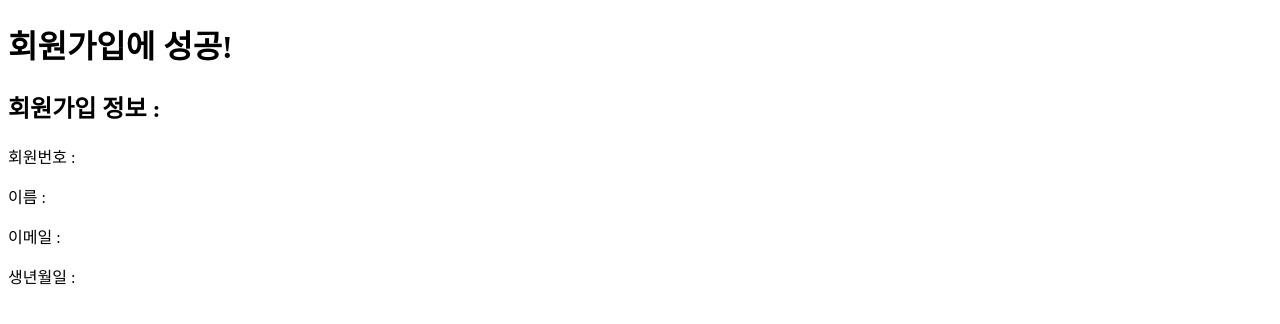
Repository: saahhh/Servlet-JSP-Workspace
Page: http://localhost/join/register_success.jsp
An editor plug-in stored every save of this project. The page is shown before and after the next save, followed by the edit.
The browser window is 1280 px wide. The pictures show the whole page.
The page is served by Tomcat 9.

Above is the page before, as saved 2023-11-07 02:17:55.

After the next save:
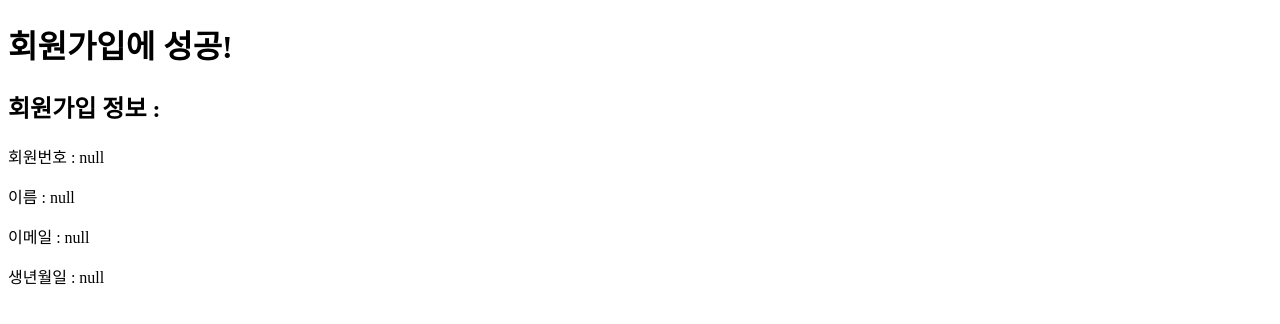
Saved 2 min 41 s later.
--- a/join/src/main/webapp/register_success.jsp
+++ b/join/src/main/webapp/register_success.jsp
@@ -9,9 +9,9 @@
 <body>
 <h1>회원가입에 성공!</h1>
 <h2>회원가입 정보 : </h2>
-<p> 회원번호 : </p>
-<p> 이름 : </p>
-<p> 이메일 : </p>
-<p> 생년월일 : </p>
+<p> 회원번호 : <%= session.getAttribute("mno")%></p>
+<p> 이름 : <%= session.getAttribute("mname")%></p>
+<p> 이메일 : <%= session.getAttribute("memail")%></p>
+<p> 생년월일 : <%= session.getAttribute("mbirth")%></p>
 </body>
 </html>
